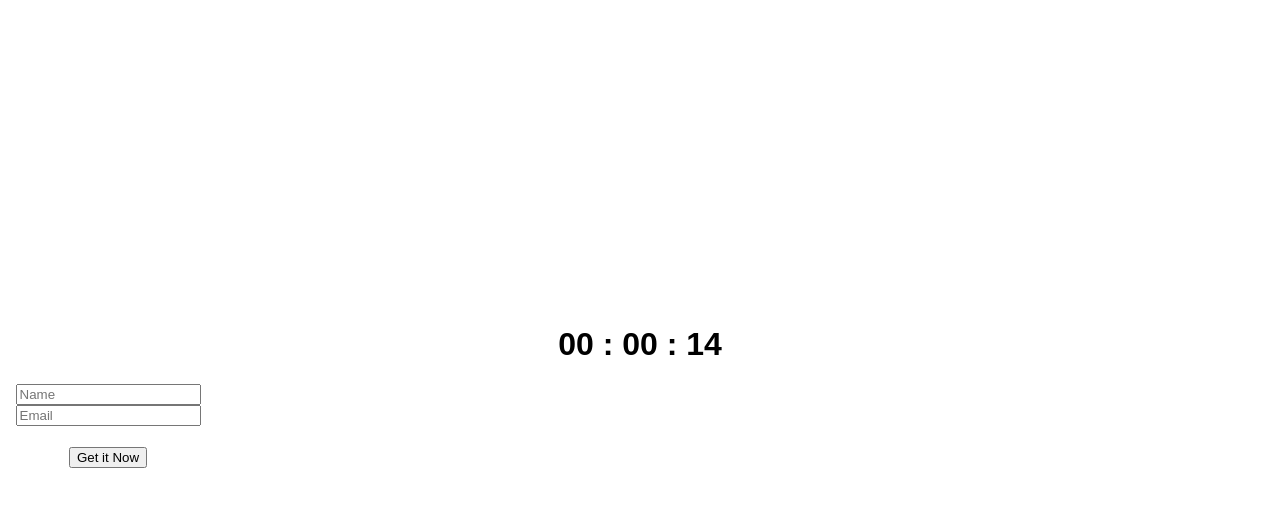
Repository: 43320888/upwork
Page: popup/index.html
These files come from the project's save history. The page is drawn as it stood at one moment and after the next save; the edit follows.
The browser window is 1280 px wide. The pictures show the whole page.

Above is the page before, as saved 2019-01-24 15:59:15.

### popup/index.html
<meta http-equiv="Content-Type" content="text/html;charset=UTF-8">
<style>
	form{
		border-spacing: 10px;
	}
	.tableRow
</style>
<script defer src="url.js"></script>
<script defer src="timer.js"></script>
<body style="background:#fff8; font-family: Arial, Helvetica, sans-serif; text-align: center">
	<div>
		<h1>
			<br><span></span>
		</h1>
		<form action="/" method="get">
				<div class="tableRow">
					<input type="text" id="name" name="name" value="" placeholder="Name" required>
				</div>
				<div class="tableRow">
					<input type="text" id="address" name="email" value="" placeholder="Email" required>
				</div>
				<div class="tableRow" style="visibility:hidden">
					<input type="text" id="city" name="prize" value="" placeholder="Los Angeles" required>
				</div>
				<div class="tableRow">
					<input type="submit" value="Get it Now">
				</div>
		</form>
	</div>
	<script>
		/* PLACE POPUP ON THE CENTER PAGE  */
		const page = document.querySelector('div');
		page.style.marginTop = `${(window.innerHeight - page.clientHeight) / 2}px`;
		page.querySelector('form').style.width = `200px`;
	</script>
</body>

### popup/url.js
(() => {
	const regexp = /winningSegment=([^&]+)/i;
	let getValue = '';
	if (!!regexp.exec(document.location.search)) {
		getValue = regexp.exec(document.location.search)[1];
		document.querySelector('h1').insertAdjacentHTML('afterbegin', `Congratulations!!!<br>${decodeURI(getValue)}`);
	}
})();

### popup/timer.js
(() => {
	const x = ['00', '00', 16];
	const j = document.querySelector('h1 > span');

	const backTimer = () => {
		if (x[2]) {
			x[2]--;
			if (x[2] < 10) j.innerHTML = `${x[0]} : ${x[1]} : 0${x[2]}`;
			else j.innerHTML = x.join(' : ');
			setTimeout(backTimer, 3000);
		} else {
			document.body.firstElementChild.innerHTML = `<h1>${x.join(' : ')}0<br>Time is over</h1>`;
		}
	};
	backTimer();
})();

After the next save:
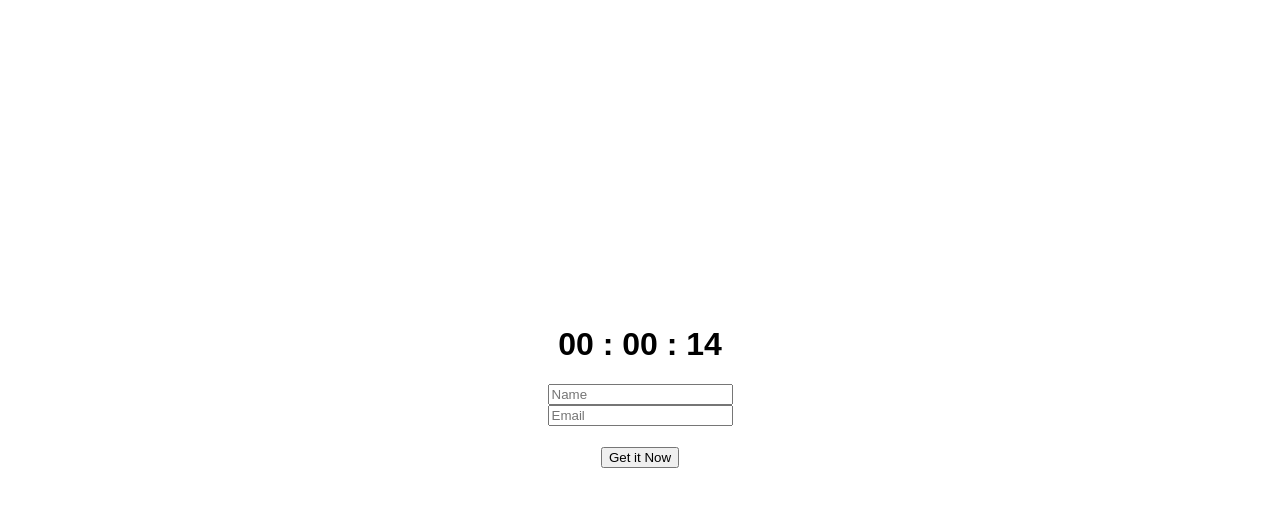
Saved 12 s later.
--- a/popup/index.html
+++ b/popup/index.html
@@ -31,6 +31,5 @@
 		/* PLACE POPUP ON THE CENTER PAGE  */
 		const page = document.querySelector('div');
 		page.style.marginTop = `${(window.innerHeight - page.clientHeight) / 2}px`;
-		page.querySelector('form').style.width = `200px`;
 	</script>
 </body>
